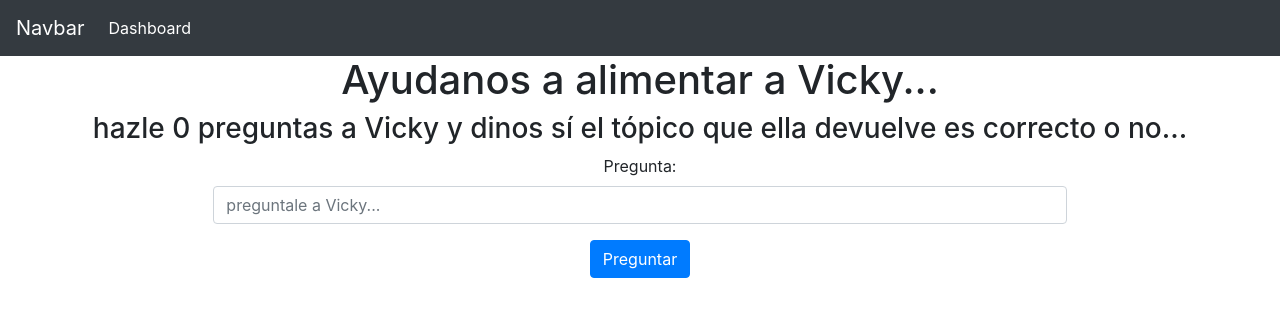
Repository: Crixtiancub/feedback_Vicky
Page: http://localhost/
These files come from the project's save history. The page is drawn as it stood at one moment and after the next save; the edit follows.
The browser window is 1280 px wide. The pictures show the whole page.
The page is served by the project's application, run on Django 3.2 (manage.py).

Above is the page before, as saved 2021-04-29 09:29:36.

After the next save:
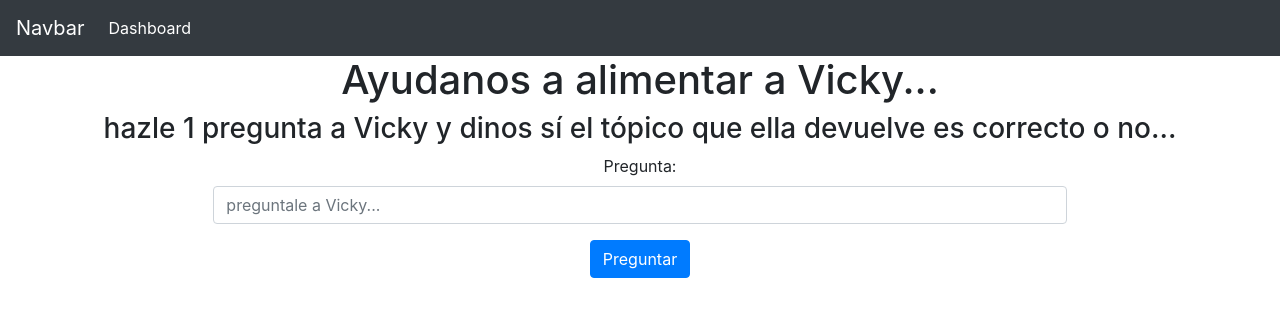
Saved 23 s later.
--- a/vicky/views.py
+++ b/vicky/views.py
@@ -7,7 +7,7 @@
 def home(request):
 
     num_visits = request.session.get('num_visits', 0)
-
+    num_visits = num_visits + 1
     contexto = {
         'num_visits': num_visits
     }

After the save that followed:
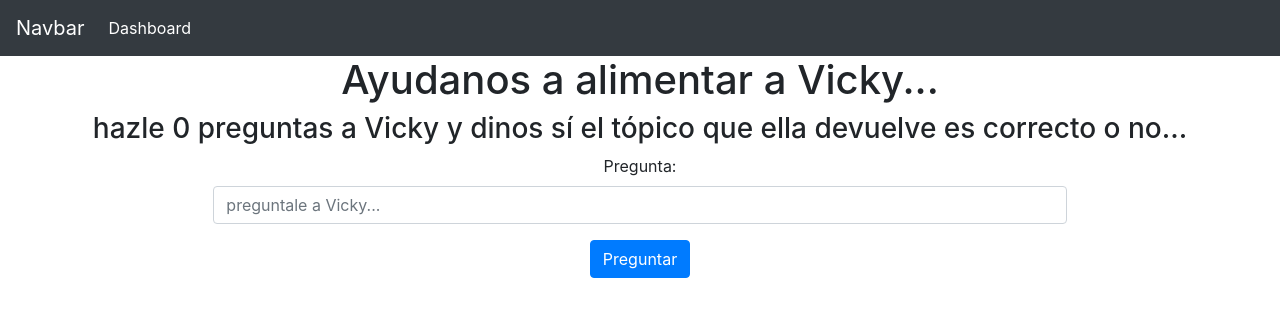
Saved 34 s later.
--- a/vicky/views.py
+++ b/vicky/views.py
@@ -7,7 +7,7 @@
 def home(request):
 
     num_visits = request.session.get('num_visits', 0)
-    num_visits = num_visits + 1
+    request.session['num_visits'] = num_visits + 1
     contexto = {
         'num_visits': num_visits
     }
